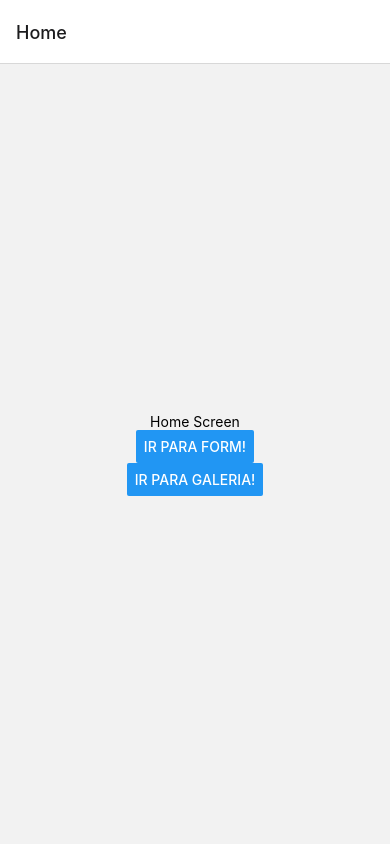
Repository: DS151-UFPR-2023/DS151_Israel-De-Quadros_EX4
Screen: /
An editor plug-in stored every save of this project. The screen is shown before and after the next save, followed by the edit.
The app was drawn by React Native's web renderer in a window 390 px wide. The project was rebuilt for these pictures with package versions that can differ from the ones it lists, and the page was loaded fresh each time. Also part of the build but not shown: src/components/style.js, src/components/title/index.js, src/components/result/index.js, src/components/form/index.js, src/components/main/index.js, src/components/novoComponente/index.js, src/components/counterScreen.js, src/components/ColorList.js and 4 more.

Above is the screen before, as saved 2023-09-08 19:53:32.

After the next save:
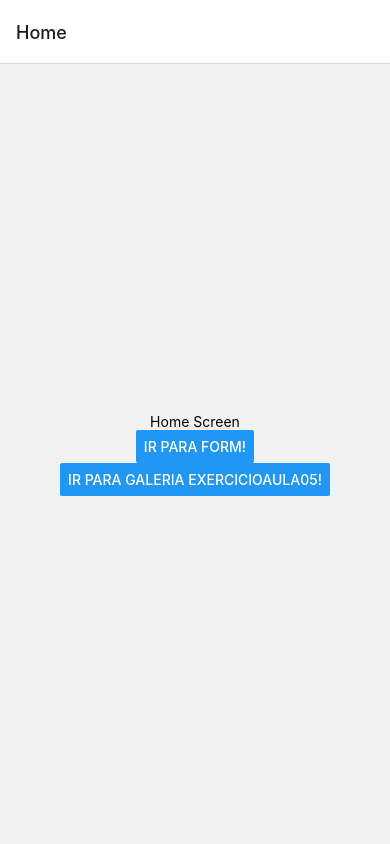
Saved 13 s later.
--- a/src/HomeScreen.js
+++ b/src/HomeScreen.js
@@ -8,7 +8,7 @@ function HomeScreen({ navigation }) {
             <Button title="Ir para Form!"
                 onPress={() => navigation.navigate('Form')}
             />
-            <Button title="Ir para Galeria!"
+            <Button title="Ir para Galeria ExercicioAula05!"
                 onPress={() => navigation.navigate('ExercicioAula05')}
             />
         </View>
